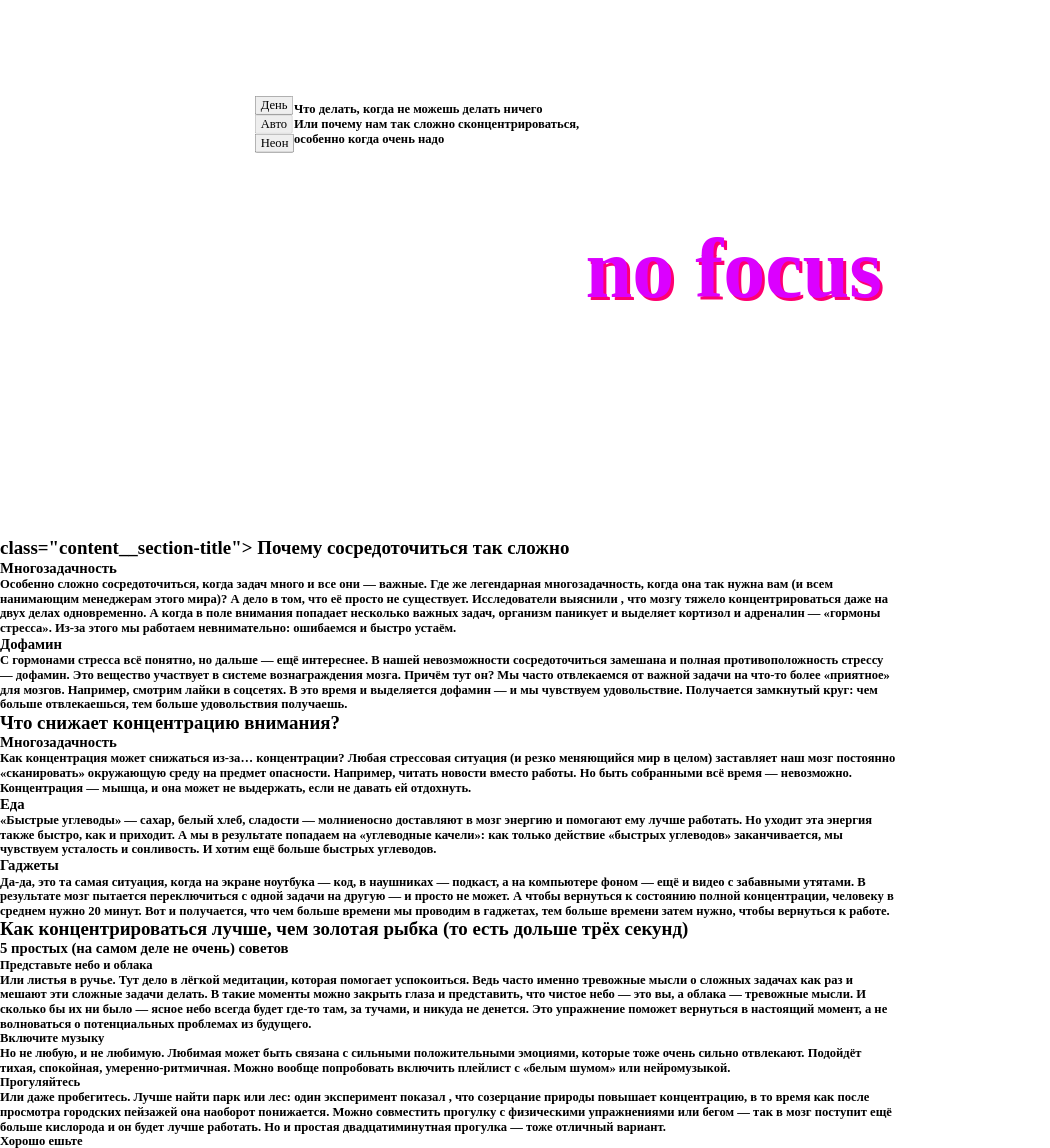
Repository: NikWolf75/slozhno-sosredotochitsya-fd
Page: index.html
The author's editor kept a copy of each file at every save. The page is drawn from the files as they stood at one save, then again after the next save.
The browser window is 1280 px wide. The page is 1500 px wide, so the pictures cover 1500 px, including what lies to the right of the window. The pictures show the part of the page from y = 0 to 1640 px (the page is 4837 px tall), at 70% of full size.

Above is the page before, as saved 2025-02-26 12:07:48.

### index.html
<!DOCTYPE html>
<html lang="ru">
  <head>
    <meta charset="UTF-8" />
    <meta http-equiv="X-UA-Compatible" content="IE=edge" />
    <meta name="viewport" content="width=device-width, initial-scale=1.0" />
    <meta name="color-scheme" content="dark light" />
    <link rel="stylesheet" href=".fonts/fonts.css" />
    <link rel="stylesheet" href=".styles/globals.css" />
    <link rel="stylesheet" href="./styles/variables.css" />
    <link rel="stylesheet" href="./styles/style.css" />
    <link rel="stylesheet" href="./styles/dark.css" />
    <link rel="stylesheet" href="./styles/light.css" />
    <link rel="icon" href="image/favicon.ico" />
    <title>Сложно сосредоточиться</title>
    <script src="./scripts/script.js"></script>
  </head>
  <body class="page">
    <div class="rec_element" aria-hidden="true"></div>
    <header class="header decorated-zone">
      <nav class="header__theme-menu">
        <ul class="header__theme-menu-list">
          <li class="header__theme-menu-item">
            <button
              class="header__theme-menu-button header__theme-menu-button_type_light"
            >
              День
            </button>
          </li>
          <li class="header__theme-menu-item">
            <button
              class="header__theme-menu-button header__theme-menu-button_active header__theme-menu-button_type_auto"
              disabled
            >
              Авто
            </button>
          </li>
          <li class="header__theme-menu-item">
            <button
              class="header__theme-menu-button header__theme-menu-button_type_dark"
            >
              Неон
            </button>
          </li>
        </ul>
      </nav>
      <h1 class="header__title">no focus</h1>
      <div class="header__undertitle title-decor">
        <p>Что делать, когда не можешь делать ничего</p>
        <p>
          Или почему нам так сложно сконцентрироваться, особенно когда очень
          надо
        </p>
      </div>
    </header>
    <main class="content">
      <section class="content__section content__why">
        <h2>
          class="content__section-title"> Почему сосредоточиться так сложно
        </h2>
        <article class="content__section-text_block">
          <h3 class="content__section-text_block-undertitle title-decor">
            Многозадачность
          </h3>
          <p class="content__section-text_block-text">
            Особенно сложно сосредоточиться, когда задач много и все они —
            важные. Где же легендарная многозадачность, когда она так нужна вам
            (и всем нанимающим менеджерам этого мира)? А дело в том, что её
            просто не существует. Исследователи выяснили , что мозгу тяжело
            концентрироваться даже на двух делах одновременно. А когда в поле
            внимания попадает несколько важных задач, организм паникует и
            выделяет кортизол и адреналин — «гормоны стресса». Из-за этого мы
            работаем невнимательно: ошибаемся и быстро устаём.
          </p>
        </article>
        <article class="content__section-text_block">
          <h3 class="content__section-text_block-undertitle title-decor">
            Дофамин
          </h3>
          <p class="content__section-text_block-text">
            С гормонами стресса всё понятно, но дальше — ещё интереснее. В нашей
            невозможности сосредоточиться замешана и полная противоположность
            стрессу — дофамин. Это вещество участвует в системе вознаграждения
            мозга. Причём тут он? Мы часто отвлекаемся от важной задачи на
            что-то более «приятное» для мозгов. Например, смотрим лайки в
            соцсетях. В это время и выделяется дофамин — и мы чувствуем
            удовольствие. Получается замкнутый круг: чем больше отвлекаешься,
            тем больше удовольствия получаешь.
          </p>
        </article>
      </section>
      <section class="content__section content__what">
        <h2 class="content__section-title">
          Что снижает концентрацию внимания?
        </h2>
        <article class="content__section-text_block">
          <h3 class="content__section-text_block">Многозадачность</h3>
          <p class="content__section-item-text">
            Как концентрация может снижаться из-за… концентрации? Любая
            стрессовая ситуация (и резко меняющийся мир в целом) заставляет наш
            мозг постоянно «сканировать» окружающую среду на предмет опасности.
            Например, читать новости вместо работы. Но быть собранными всё время
            — невозможно. Концентрация — мышца, и она может не выдержать, если
            не давать ей отдохнуть.
          </p>
        </article>
        <article class="content__section-text_block">
          <h3 class="content__section-text_block-undertitle title-decor">
            Еда
          </h3>
          <p class="content__section-text_block-text">
            «Быстрые углеводы» — сахар, белый хлеб, сладости — молниеносно
            доставляют в мозг энергию и помогают ему лучше работать. Но уходит
            эта энергия также быстро, как и приходит. А мы в результате попадаем
            на «углеводные качели»: как только действие «быстрых углеводов»
            заканчивается, мы чувствуем усталость и сонливость. И хотим ещё
            больше быстрых углеводов.
          </p>
        </article>
        <article class="content__section-text_block">
          <h3 class="content__section-text_block-undertitle title-decor">
            Гаджеты
          </h3>
          <p class="content__section-text_block-text">
            Да-да, это та самая ситуация, когда на экране ноутбука — код, в
            наушниках — подкаст, а на компьютере фоном — ещё и видео с забавными
            утятами. В результате мозг пытается переключиться с одной задачи на
            другую — и просто не может. А чтобы вернуться к состоянию полной
            концентрации, человеку в среднем нужно 20 минут. Вот и получается,
            что чем больше времени мы проводим в гаджетах, тем больше времени
            затем нужно, чтобы вернуться к работе.
          </p>
        </article>
      </section>
      <section class="content__section content_how">
        <h2 class="content__section-title">
          Как концентрироваться лучше, чем золотая рыбка (то есть дольше трёх
          секунд)
        </h2>
        <article class="content__section-text_block">
          <h3
            class="content__section-text_block-undertitle tips-undertitle title-decor"
          >
            5 простых (на самом деле не очень) советов
          </h3>
          <h4 class="content__section-text_block-undertitle tips-undertitle">
            Представьте небо и облака
          </h4>
          <p class="content__section-text_block-text">
            Или листья в ручье. Тут дело в лёгкой медитации, которая помогает
            успокоиться. Ведь часто именно тревожные мысли о сложных задачах как
            раз и мешают эти сложные задачи делать. В такие моменты можно
            закрыть глаза и представить, что чистое небо — это вы, а облака —
            тревожные мысли. И сколько бы их ни было — ясное небо всегда будет
            где-то там, за тучами, и никуда не денется. Это упражнение поможет
            вернуться в настоящий момент, а не волноваться о потенциальных
            проблемах из будущего.
          </p>
        </article>
        <article class="content__section-text_block">
          <h4 class="content__section-text_block-undertitle title-decor">
            Включите музыку
          </h4>
          <p class="content__section-text_block-text">
            Но не любую, и не любимую. Любимая может быть связана с сильными
            положительными эмоциями, которые тоже очень сильно отвлекают.
            Подойдёт тихая, спокойная, умеренно-ритмичная. Можно вообще
            попробовать включить плейлист с «белым шумом» или нейромузыкой.
          </p>
        </article>
        <article class="content__section-text_block">
          <h4 class="content__section-text_block-undertitle title-decor">
            Прогуляйтесь
          </h4>
          <p class="content__section-text_block-text">
            Или даже пробегитесь. Лучше найти парк или лес: один эксперимент
            показал , что созерцание природы повышает концентрацию, в то время
            как после просмотра городских пейзажей она наоборот понижается.
            Можно совместить прогулку с физическими упражнениями или бегом — так
            в мозг поступит ещё больше кислорода и он будет лучше работать. Но и
            простая двадцатиминутная прогулка — тоже отличный вариант.
          </p>
        </article>
        <article class="content__section-text_block">
          <h4 class="content__section-text_block-undertitle title-decor">
            Хорошо ешьте
          </h4>
          <p class="content__section-text_block-text">
            Мы — не ваша бабушка, но это правда важно. Выбирайте продукты,
            которые препятствуют резким скачкам сахара в крови. Например, с
            высоким содержанием клетчатки: овощи, ягоды, бобовые (нут, чечевица,
            фасоль), коричневый рис, хлеб из цельнозерновой пшеницы.
          </p>
        </article>
        <article class="content__section-text_block">
          <h4 class="content__section-text_block-undertitle title-decor">
            Читайте
          </h4>
          <p class="content__section-text_block-text">
            Настоящие бумажные книги. Это правда помогает с концентрацией: чтобы
            прочитать пост в соцсети, достаточно нескольких минут или даже
            секунд. А вот интересная книга способна затянуть и на несколько
            часов и круто тренирует направленное внимание.
          </p>
        </article>
      </section>
      <section class="content__section content__gallery">
        <h2 class="content__section-text_block-undertitle title-decor">
          А можно в картинках?
        </h2>
        <div class="content_section-images_gallery">
          <img
            class="content__section-image"
            src="./images/sunset.png"
            alt="Вид острова на закате"
            loading="lazy"
          />
          <img
            class="content__section-image"
            src="./images/ice-cream.png"
            alt="Чаша с мороженным"
            loading="lazy"
          />
          <img
            class="content__section-image"
            src="./images/tape.png"
            alt="Кассета"
            loading="lazy"
          />
          <img
            class="content__section-image"
            src="./images/books.png"
            alt="Стопка книг"
            loading="lazy"
          />
          <img
            class="content__section-image"
            src="./images/street.png"
            alt="Улица"
            loading="lazy"
          />
        </div>
      </section>
    </main>
    <footer class="footer decorated-zone">
      <h2 class="footer_title">focus</h2>
    </footer>
  </body>
</html>

### styles/style.css
.page {
  display: flex;
  flex-direction: column;
  font-family: var(--main-font, 'IBM Plex mono') monospace;
  font-size: 18px;
  block-size: min-content;
  position: relative;
  font-weight: 700;
  background-color: var(--main-background-color);
  background-image: var(--main-background-image);
  background-repeat: no-repeat;
  background-attachment: fixed;
  background-position: center;
  background-size: cover;
 }

 .header {
  display: grid;
  grid-template-columns: repeat(3, 1fr);
  grid-template-rows: 1fr min-content 1fr;
  justify-items: end;
  align-items: center;
  position: relative;
  block-size: max(668px, 100vh);
 }

 @media (width >= 768px) {
    .header {
      block-size: max(1024px, 100vh);
      padding: 20px 20px 20px 0;
    }
 }

 @media (width >= 1024px) {
  .header {
    block-size: max(768px, 100vh);
  }
}

.decorated-zone {
  position: relative;
}

.decorated-zone::after,
.decorated-zone::before {
  position: absolute;
  inline-size: 25px;
  block-size: 25px;
  content: "";
  border: 1px solid var(--corner-color);
}

.decorated-zone::after {
  top: 10px;
  right: 10px;
  border-top:none;
  border-left: none;
}

.decorated-zone::before {
  top: 10px;
  right: 10px;
  border-top:none;
  border-left: none;
}



.header__title {
  font-size: clamp(7.25rem, 7.0115rem + 1.0178vw, 7.5rem);
  line-height: 83%;
  color: var(--accent-color-title, #db00ff);
  text-shadow: 4px 4px 0 var(--accent-color, #ff0070);
  grid-row: 2;
  grid-column: 1/-1;
}

@media (width >= 768px) {
  font-size: clamp(7.5rem, 0.5625rem + 14.4531vw, 9.8125rem);
  font-weight: 700;
}

.header__undertitle {
  font-size: var(--main-font), monospace;
  font-weight: var(--title-font-weight, 700);
  border-bottom: none;
  border-left: none;
}

### scripts/script.js
(function initTheme() {
  const theme = localStorage.getItem('theme');
  if (theme) {
    setTheme(theme);
  }
})();

document.addEventListener('DOMContentLoaded', () => {
  const currentTheme = [...document.documentElement.classList]
    .find((cn) => cn.startsWith('theme-'))
    ?.replace('theme-', '');
  const themeButtons = [
    ...document.querySelectorAll('.header__theme-menu-button'),
  ];
  setActiveButton(themeButtons, currentTheme);

  themeButtons.forEach((button) => {
    button.addEventListener('click', () => {
      const chosenTheme = [...button.classList]
        .find((cn) => cn.includes('_type_'))
        .split('_type_')[1];
      setTheme(chosenTheme);
      setActiveButton(themeButtons, chosenTheme);
    });
  });
});

function setTheme(theme) {
  document.documentElement.className = '';
  document.documentElement.classList.add(`theme-${theme}`);
  localStorage.setItem('theme', theme);
}

function setActiveButton(buttonsArray, theme) {
  buttonsArray.forEach((button) => {
    button.classList.remove('header__theme-menu-button_active');
    button.removeAttribute('disabled');
  });
  const target = buttonsArray.find((button) =>
    button.classList.contains(`header__theme-menu-button_type_${theme}`)
  );
  if (target) {
    target.classList.add('header__theme-menu-button_active');
    target.setAttribute('disabled', true);
  } else {
    const autoButton = document.querySelector(
      '.header__theme-menu-button_type_auto'
    );
    autoButton.classList.add('header__theme-menu-button_active');
    autoButton.setAttribute('disabled', true);
  }
}

Loaded but not shown: fonts/fonts.css (common file); styles/globals.css (common file); styles/variables.css (common file); styles/dark.css (common file); styles/light.css (common file)

After the next save:
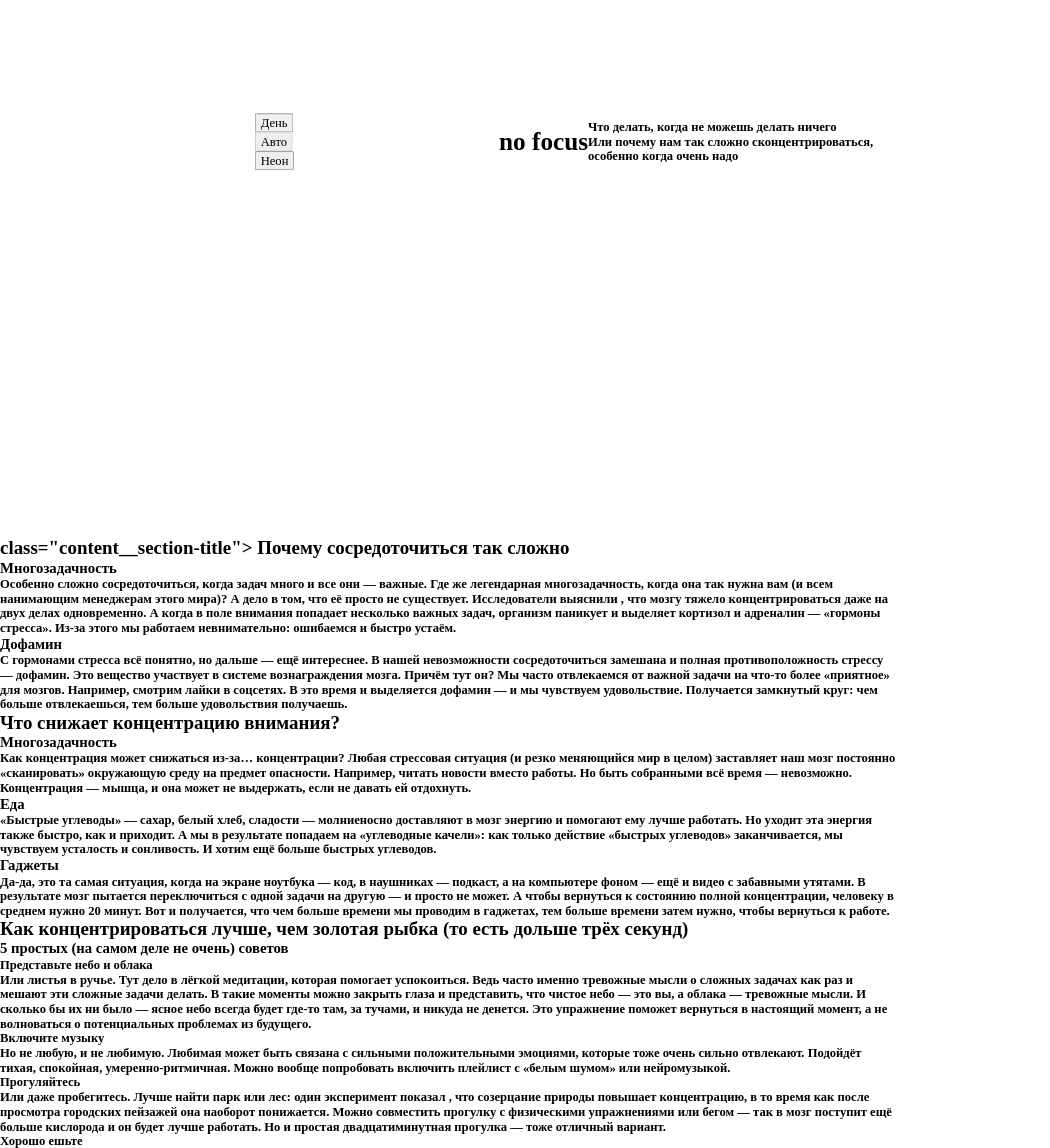
Saved 8 s later.
--- a/styles/style.css
+++ b/styles/style.css
@@ -64,7 +64,7 @@
   border-left: none;
 }
 
-
+.rec_
 
 .header__title {
   font-size: clamp(7.25rem, 7.0115rem + 1.0178vw, 7.5rem);

After the save that followed:
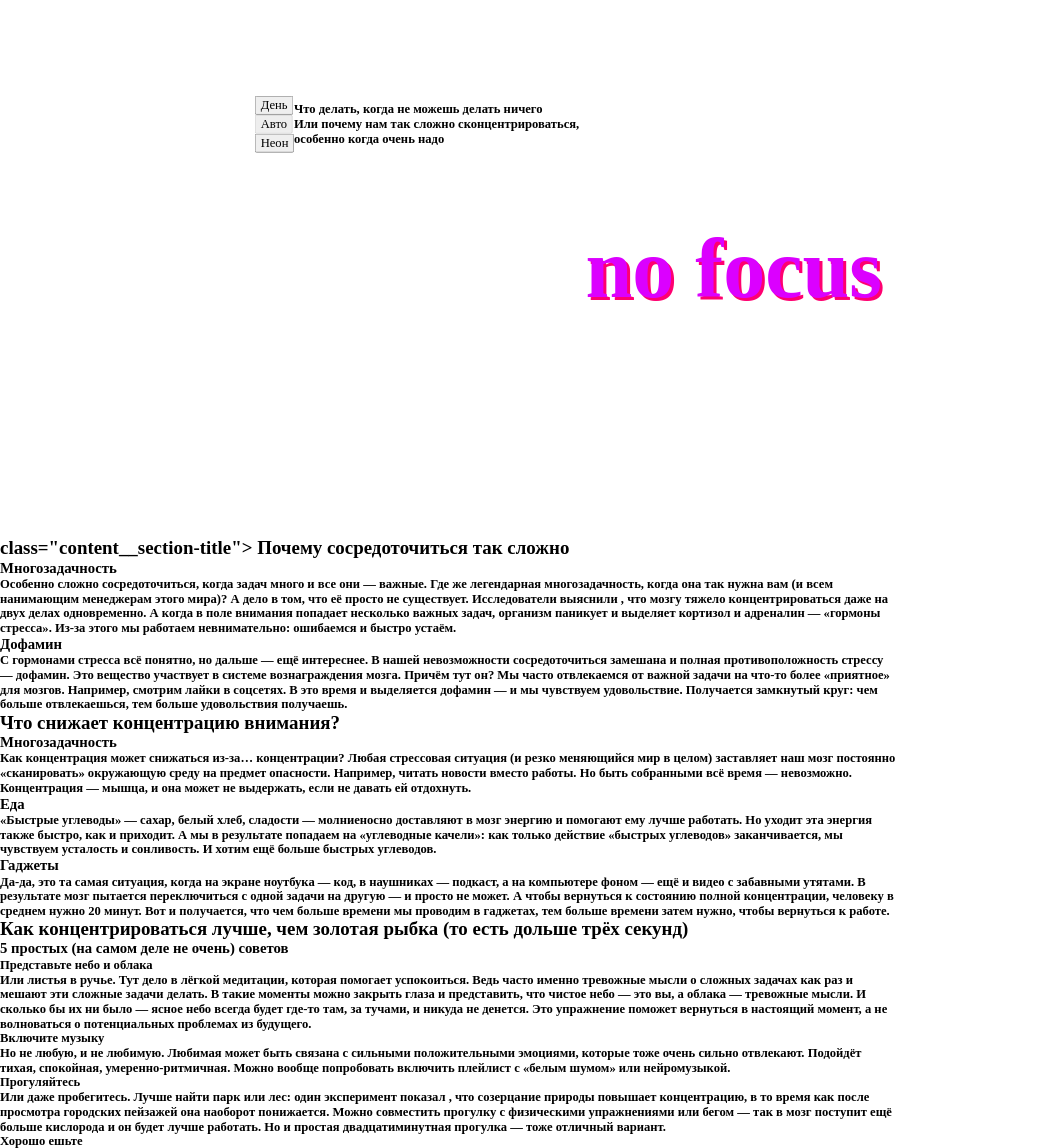
Saved 5 s later.
--- a/styles/style.css
+++ b/styles/style.css
@@ -64,7 +64,9 @@
   border-left: none;
 }
 
-.rec_
+.rec_element {
+
+}
 
 .header__title {
   font-size: clamp(7.25rem, 7.0115rem + 1.0178vw, 7.5rem);
